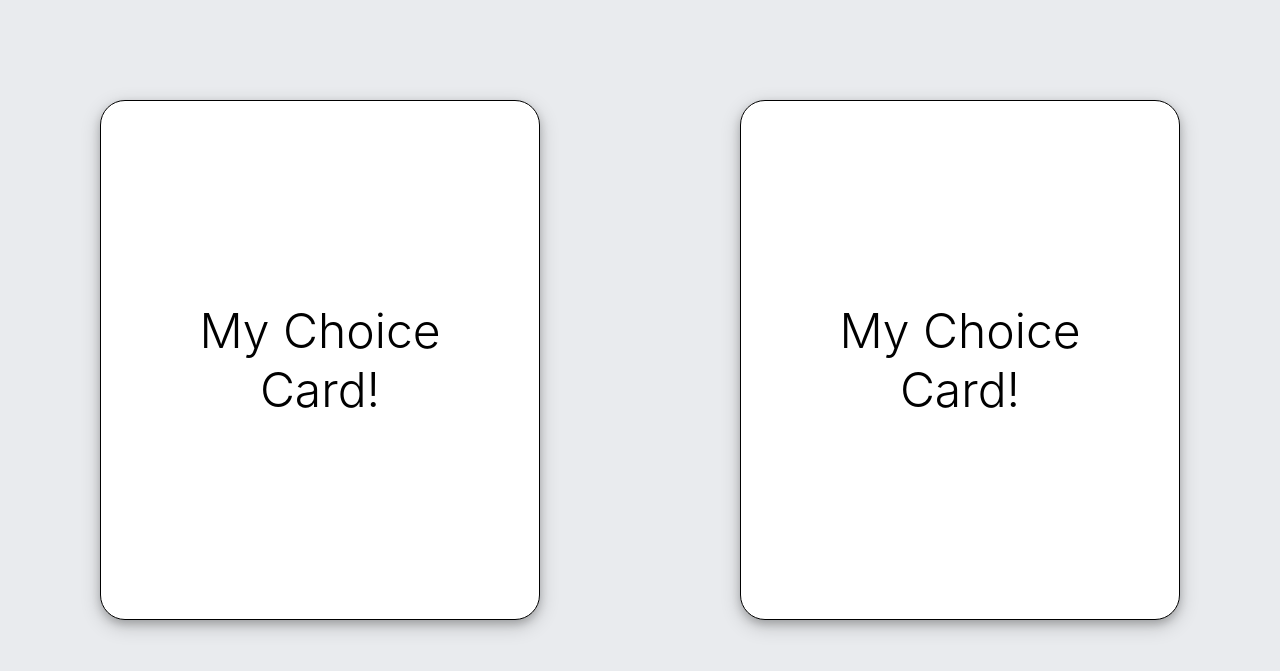
Repository: tts2610/React-Intro
Page: /
The author's editor kept a copy of each file at every save. The page is drawn from the files as they stood at one save, then again after the next save.
The browser window is 1280 px wide. The pictures show the whole page.
The project was rebuilt for these pictures with package versions that can differ from the ones it lists, and the page was loaded fresh each time. Also part of the build but not shown: src/components/Box.js, src/components/List.js.

Above is the page before, as saved 2020-05-25 14:15:11.

### src/App.js
import React from 'react';
import './App.css';
import Box from './components/Box';
import List from './components/List';
import ChoiceCard from './components/ChoiceCard';

const choices = {
  rock:
    "https://opengameart.org/sites/default/files/forum-attachments/very%20simple%20rock_0.png",
  paper: "http://pngimagesfree.com/Paper/Thumb/blank-note-paper-free-clipa.png",
  scissors: "http://www.pngmart.com/files/1/Scissors-PNG-Pic.png"
};

function App() {
  return (
    <div className="App">
      <ChoiceCard title="You" winner={false} imgURL={choices.rock} />
      <ChoiceCard title="Computer" winner={true} imgURL={choices.paper} />
    </div>
  );
}

export default App;

### src/App.css
.App {
    flex: 1;
    display: flex;
    min-height: 100vh;
    text-align: center;
    background-color: #e9ebee;
}

.choice-card {
    flex: 1;
    display: flex;
    margin: 100px;
    font-size: 3em;
    padding: 0 40px;
    font-weight: 300;
    text-align: center;
    border-radius: 25px;
    flex-direction: column;
    align-items: center;
    border: 1px solid black;
    background-color: white;
    justify-content: space-around;
    box-shadow: 0 4px 8px 0 rgba(0, 0, 0, 0.2), 0 6px 20px 0 rgba(0, 0, 0, 0.19);
}

img {
    width: 250px;
    height: 250px;
}

h1 {
    font-size: 50px;
}

.winner {
    color: green;
    border: 10px solid green;
}

.loser {
    color: red;
    border: 10px solid red;
}

### src/components/ChoiceCard.js
import React from 'react'

export default function ChoiceCard(props) {
    return (
        <div className={`choice-card ${props.color}`}>
            My Choice Card!
        </div>
    )
}

Loaded but not shown: public/index.html (common file); src/index.js (common file); src/index.css (common file); src/serviceWorker.js (common file)

After the next save:
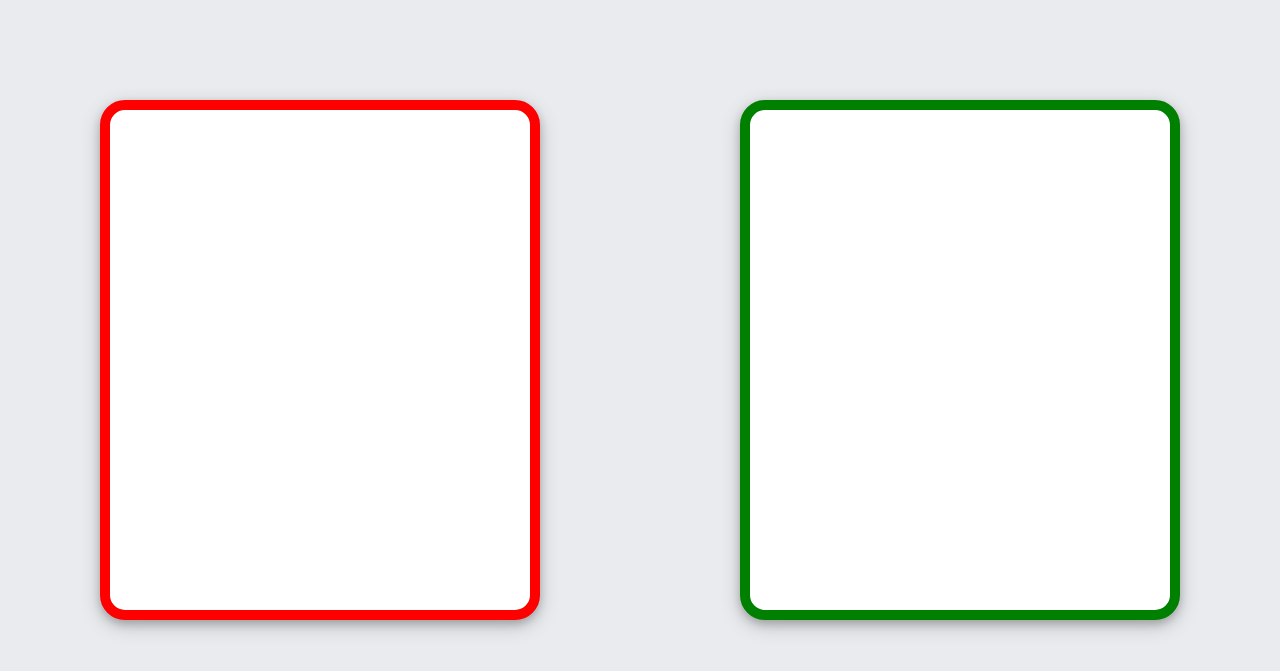
Saved 82 s later.
--- a/src/components/ChoiceCard.js
+++ b/src/components/ChoiceCard.js
@@ -2,8 +2,7 @@ import React from 'react'
 
 export default function ChoiceCard(props) {
     return (
-        <div className={`choice-card ${props.color}`}>
-            My Choice Card!
+        <div className={`choice-card ${props.winner ? 'winner' : 'loser'}`}>
         </div>
     )
 }
